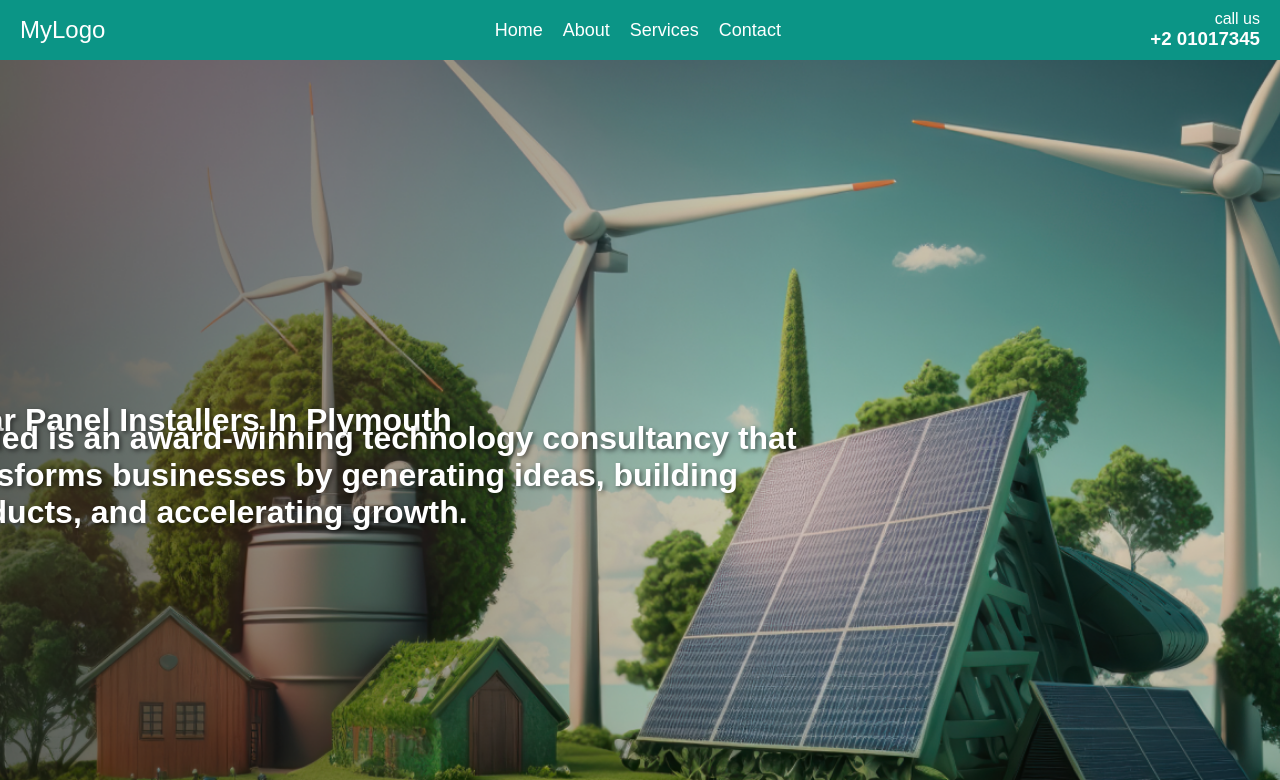
Repository: MaramNabil872/Landing-Page
Page: landingPage.html
These files come from the project's save history. The page is drawn as it stood at one moment and after the next save; the edit follows.
The browser window is 1280 px wide. The pictures show the whole page.

Above is the page before, as saved 2024-10-20 20:23:37.

After the next save:
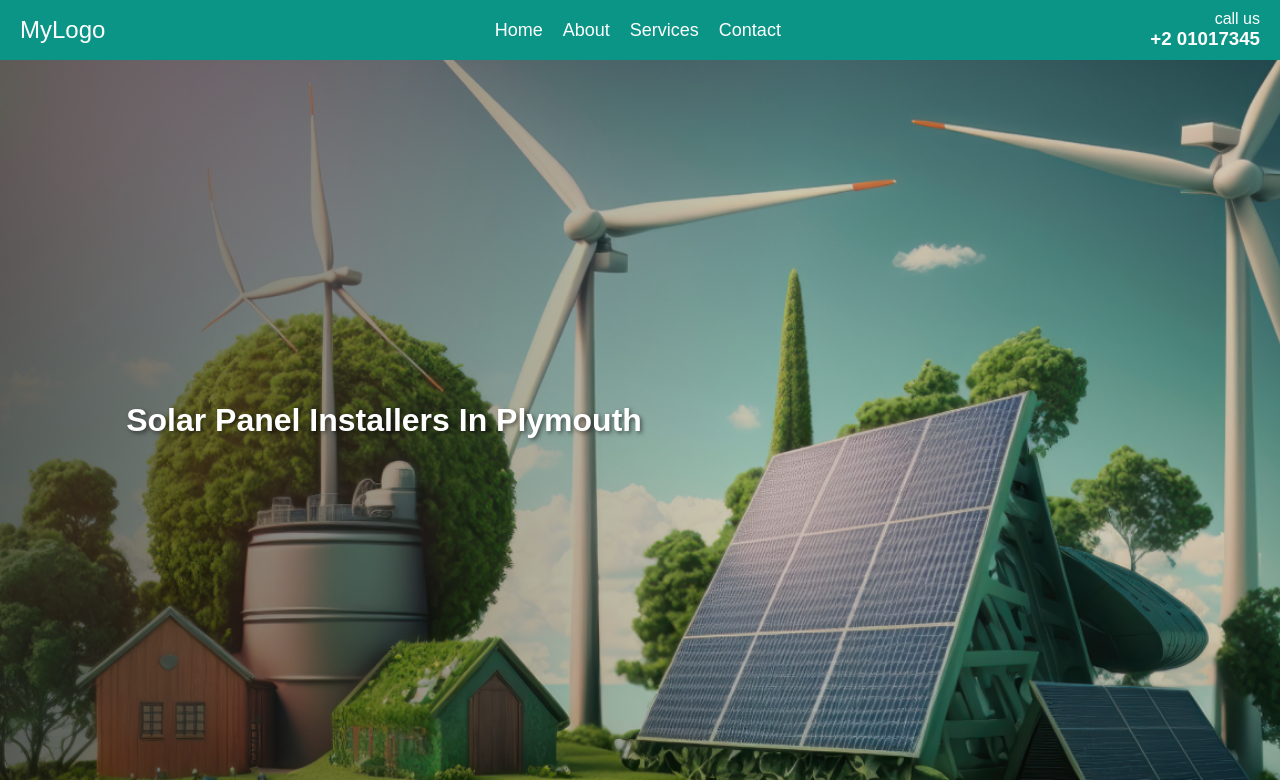
Saved 21 s later.
--- a/landingPage.html
+++ b/landingPage.html
@@ -33,11 +33,11 @@
                     Solar Panel Installers In Plymouth
                 </h2>
                 <br />
-                <p class="text-wallpaper">
+                <!-- <p>
                     Fueled is an award-winning technology consultancy that
                     transforms businesses by generating ideas, building
                     products, and accelerating growth.
-                </p>
+                </p> -->
             </div>
         </div>
     </body>
